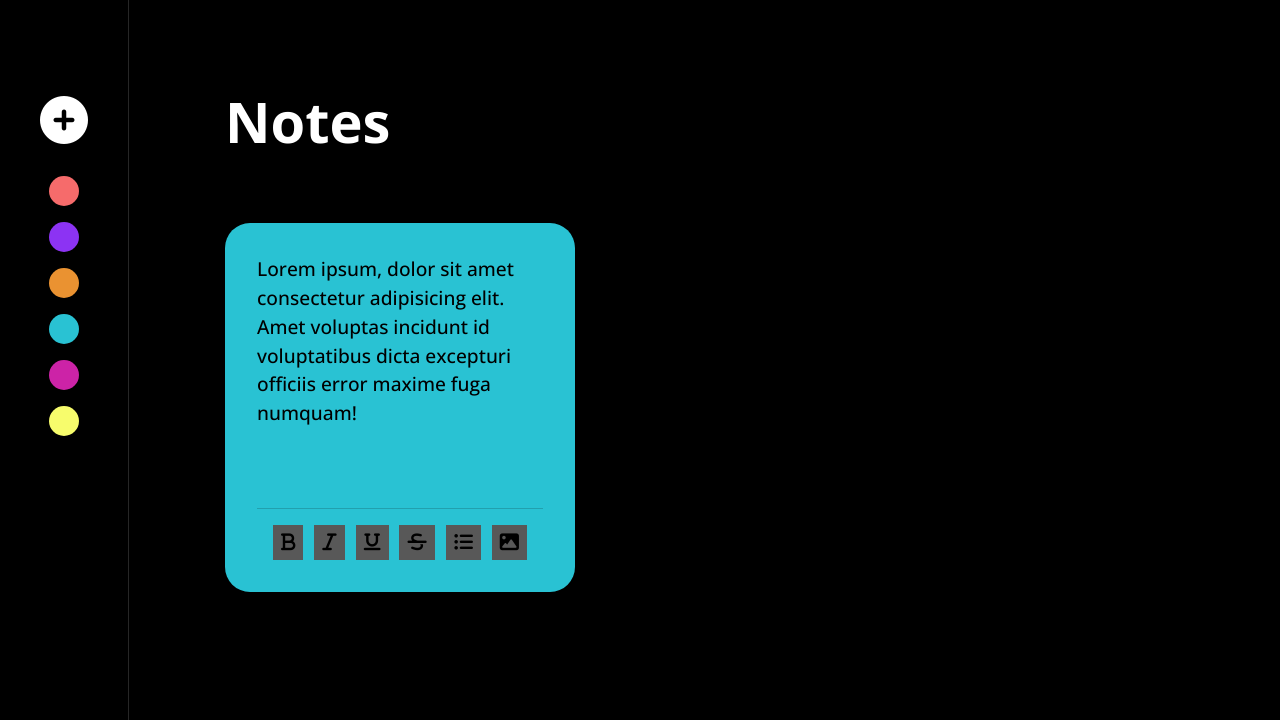
Repository: emiliaiwu/notes_app
Page: index.html
These files come from the project's save history. The page is drawn as it stood at one moment and after the next save; the edit follows.
The browser window is 1280 px wide. The pictures show the whole page.
Some web libraries are served in a nearby version.

Above is the page before, as saved 2022-12-19 23:59:55.

### index.html
<!DOCTYPE html>
<html lang="en">
<head>
    <meta charset="UTF-8">
    <meta http-equiv="X-UA-Compatible" content="IE=edge">
    <meta name="viewport" content="width=device-width, initial-scale=1.0">
    <script src="https://kit.fontawesome.com/fd9c36575f.js" crossorigin="anonymous"></script>
    <link rel="stylesheet" href="style.css">
    <title>Notes App</title>
</head>
<body>
    <div class="container">
        <div class="add">
            <div class="add_card"><i class="fa-solid fa-circle-plus"></i></div>
            <ul class="card_colors">
                <li class="card_color c1"></li>
                <li class="card_color c2"></li>
                <li class="card_color c3"></li>
                <li class="card_color c4"></li>
                <li class="card_color c5"></li>
                <li class="card_color c6"></li>
            </ul>
        </div>
        <div class="cards_container">
            <h1>Notes</h1>
            <div class="cards">

                <div class="card">
                    <p class="text">
                        Lorem ipsum, dolor sit amet consectetur adipisicing elit. Amet voluptas incidunt id voluptatibus dicta excepturi officiis error maxime fuga numquam!
                    </p>
                    <div class="footer close">
                        <div class="date">Dec 18, 2022</div>
                        <div class="edit_delete">
                           <div class="edit"><i class="fa-solid fa-pen"></i></div>
                           <div class="delete"><i class="fa-solid fa-trash-can"></i></div>
                        </div>
                    </div>
                    <div class="footer open">
                        <ul class="edit_settings">
                            <li class="bold"><i class="fa-solid fa-bold"></i></li>
                            <li class="italic"><i class="fa-solid fa-italic"></i></li>
                            <li class="underline"><i class="fa-solid fa-underline"></i></li>
                            <li class="strikethrough"><i class="fa-solid fa-strikethrough"></i></li>
                            <li class="toggleBtn"><i class="fa-solid fa-list-ul"></i></li>
                            <li class="add_image"><i class="fa-solid fa-image"></i></li>
                        </ul>
                    </div>
                </div>




            </div>
        </div>




    </div>

</body>
</html>

### style.css
@import url('https://fonts.googleapis.com/css2?family=Open+Sans:wght@300;400;500;700&display=swap');


* {
    margin: 0;
    padding: 0;
    box-sizing: border-box;
    list-style-type: none;

}

body {
    font-family: 'Open Sans', sans-serif;
    width: 100vw;
    height: 100vh;
    background-color: #000;
    color: #fff;

}

h1 {
    font-size: 3.5rem;
    margin-bottom: 4rem;
    color: #fff;
}

.container {
    display: flex;
    width: 100%;
    height: 100%;
    gap: 2rem;
}

.add {
    border-right: 1px solid rgba(255, 255, 255, 0.15);
    min-height: 100vh;
    display: flex;
    flex-direction: column;
    align-items: center;
    padding: 6rem 2.5rem;

}

.card_color {
    width: 30px;
    height: 30px;
    border-radius: 50%;
    margin-bottom: 1rem;

}

.fa-circle-plus {
    font-size: 3rem;
    margin-bottom: 2rem;
}

.c1 {
    background-color: #F66B6B;
}

.c2 {
    background-color: #8C33F3;
}

.c3 {
    background-color: #EA9231;
}

.c4 {
    background-color: #29C2D3;
}

.c5 {
    background-color: #CC23A7;
}

.c6 {
    background-color: #F7FC6C;
}






/* CARDS CONTAINER */

.cards_container {
    padding: 5.2rem 4rem;
    height: 100%;
    overflow-y: scroll;
    width: 100%;
    color: #000;
}

.cards {
    display: grid;
    /* grid-template-columns: repeat(auto-fit, minmax(19rem, 1fr)); */
    grid-template-columns: repeat(3, 350px);
    gap: 2.5rem;
}

.card {
    display: flex;
    flex-direction: column;
    justify-content: space-between;
    background-color: #29C2D3;
    padding: 2rem 2rem 1rem 2rem;
    border-radius: 25px;
}

.close,
.edit_settings {
    display: flex;
    justify-content: space-between;

}

.text {
    margin-bottom: 5rem;
    font-size: 1.2rem;
    font-weight: 500;
    line-height: 1.5;
}




.edit_delete,
.edit {
    display: flex;
    align-items: center;
}

.edit_delete {
    gap: 1.2rem;
    justify-content: space-between;
}

.edit {
    background-color: #000;
    width: 35px;
    height: 35px;
    border-radius: 50%;
    color: #fff;
    justify-content: center;
}

.delete {
    font-size: 1.5rem;
}

/* .fa-trash-can {
    margin-left: 1rem;
} */






.edit_settings {
    border-top: 1px solid rgba(0, 0, 0, 0.178);;
    width: 100%;
    padding: 1rem;
    justify-content: ;
}

ul li i {
    font-size: 1.2rem;
    background-color: rgb(88, 88, 88);
    padding: .5rem;
}












/* OPEN AND CLOSE FUNCTIONALITY */

.open {


}

.close {
    padding-bottom: 1rem;
    align-items: center;
    display: none;
}

After the next save:
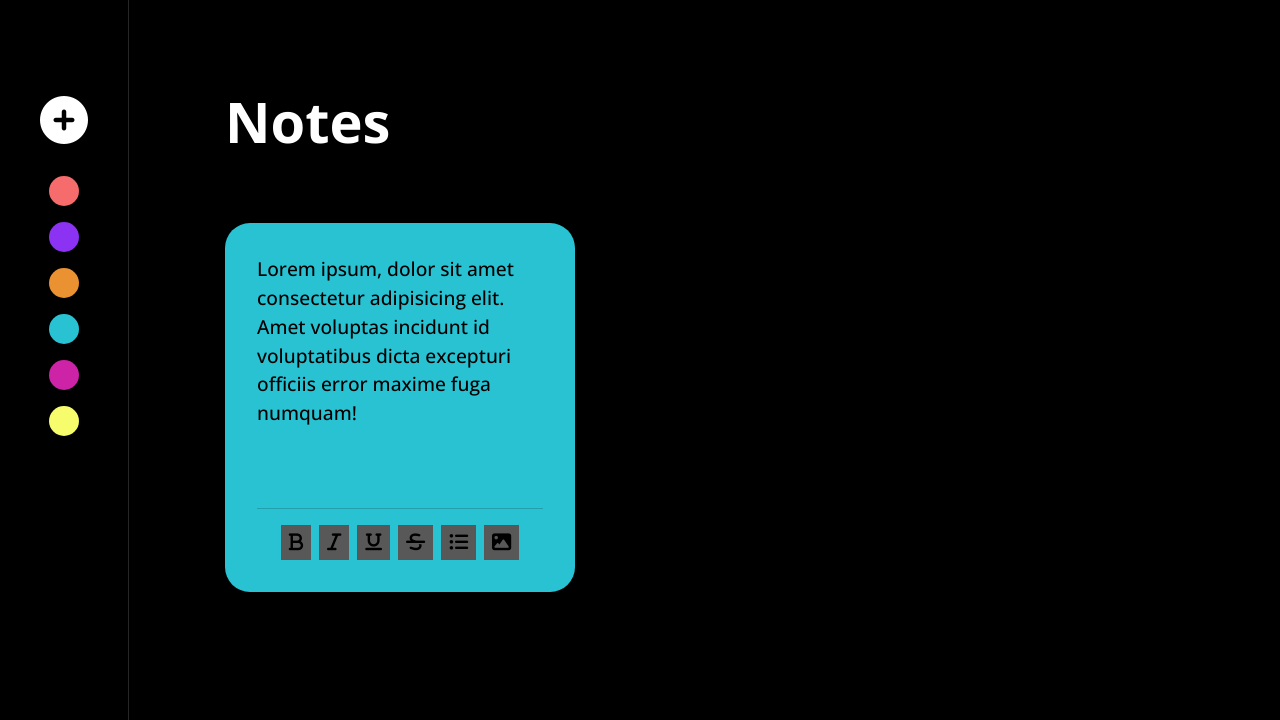
Saved 4 s later.
--- a/style.css
+++ b/style.css
@@ -163,7 +163,7 @@ h1 {
     border-top: 1px solid rgba(0, 0, 0, 0.178);;
     width: 100%;
     padding: 1rem;
-    justify-content: ;
+    justify-content: space-evenly;
 }
 
 ul li i {
